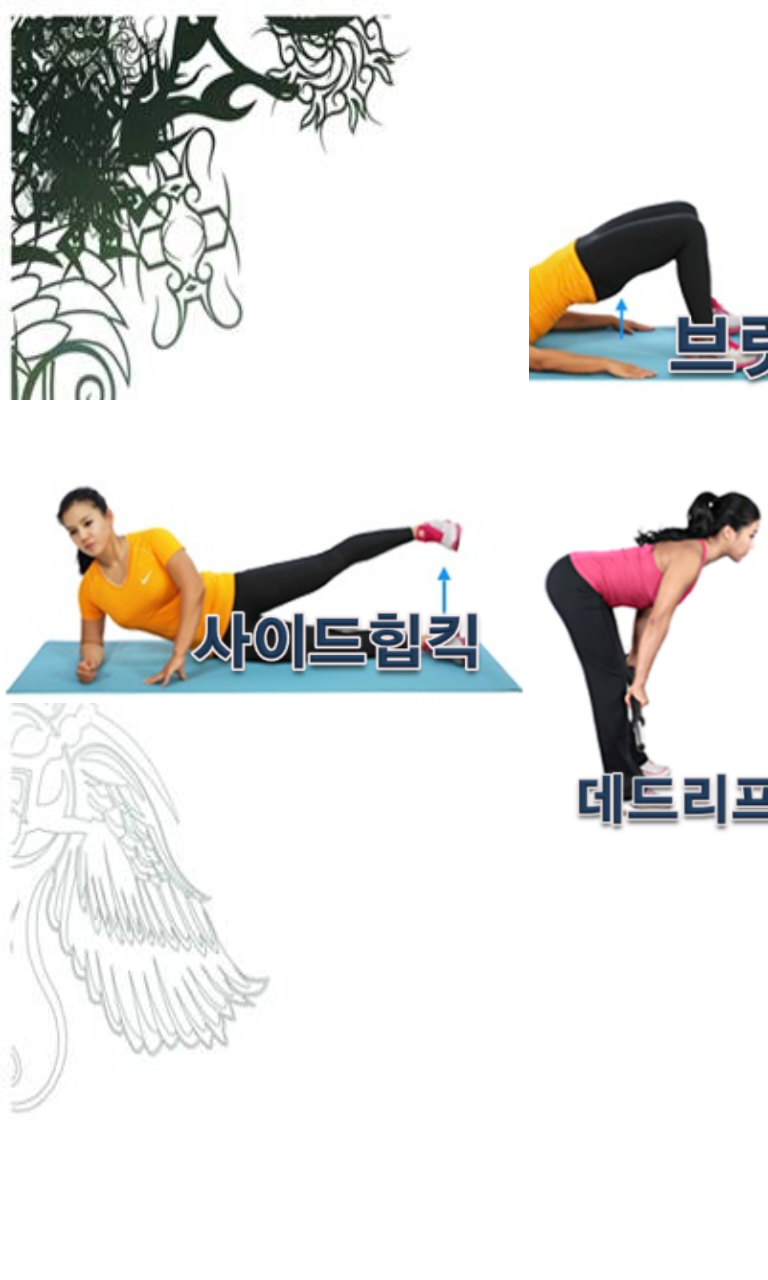
Repository: LewisLim579/2013TeamProject
Layout: PtsApp/res/layout/hache.xml
The author's editor kept a copy of each file at every save. The layout is drawn from the files as they stood at one save, then again after the next save.
It is drawn on a 768 x 1280 px phone screen (xhdpi) without system bars, with theme android:Theme.NoTitleBar.Fullscreen; the app's code is not run.

Above is the layout before, as saved 2013-05-27 17:39:27.

### PtsApp/res/layout/hache.xml
<LinearLayout xmlns:android="http://schemas.android.com/apk/res/android"
    android:layout_width="fill_parent"
    android:layout_height="fill_parent"
    android:background="@drawable/back" >

    <LinearLayout
        android:layout_width="wrap_content"
        android:layout_height="match_parent"
        android:orientation="vertical" >

        <ImageButton
        android:id="@+id/h2"
        android:layout_width="wrap_content"
        android:layout_height="wrap_content"
        android:background="#00000000"
        android:src="@drawable/h2"
        android:layout_marginTop="200dp"/>

    </LinearLayout>

    <LinearLayout
        android:layout_width="wrap_content"
        android:layout_height="match_parent"
        android:orientation="vertical" >

<ImageButton
    android:id="@+id/h1"
    android:layout_width="wrap_content"
    android:layout_height="wrap_content"
    android:background="#00000000"
    android:src="@drawable/h1"
    android:layout_marginTop="60dp"
  />

<ImageButton
    android:id="@+id/h3"
    android:layout_width="wrap_content"
    android:layout_height="wrap_content"
    android:background="#00000000"
    android:src="@drawable/h3"
    android:layout_marginTop="10dp" />

    </LinearLayout>

</LinearLayout>

After the next save:
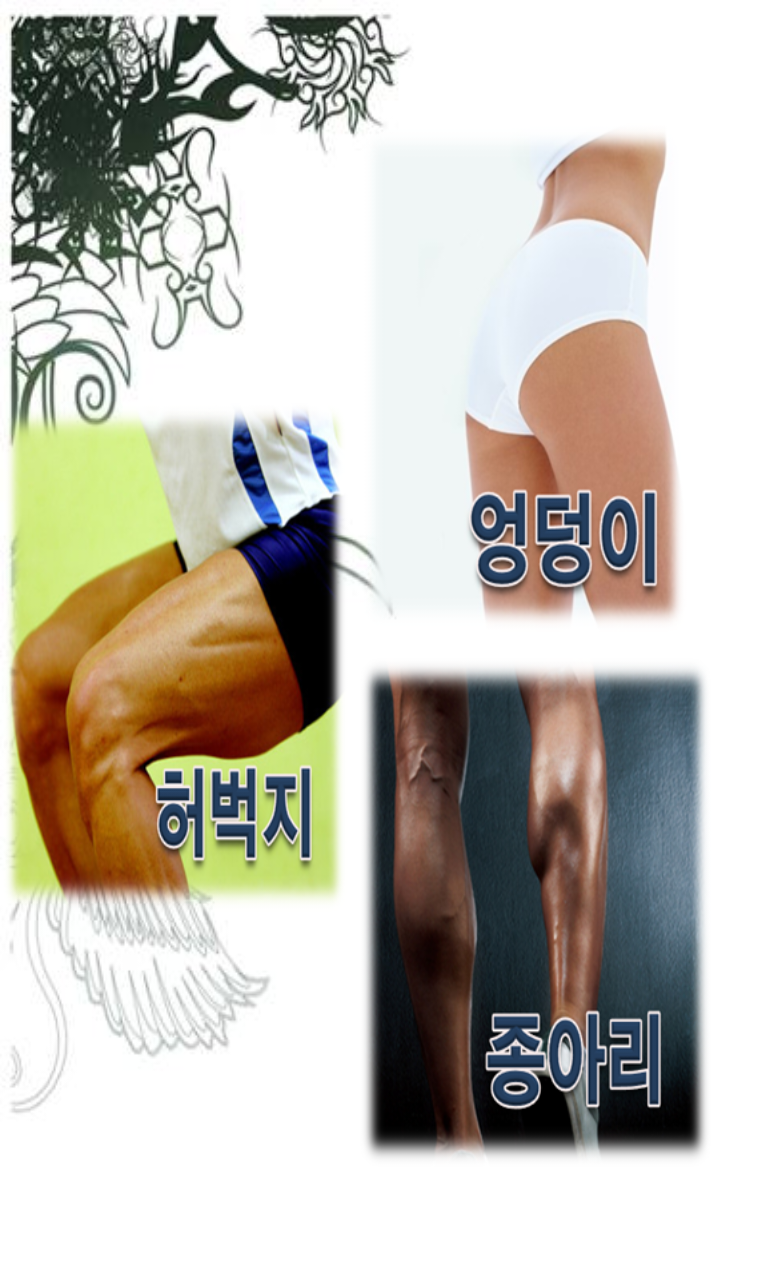
Saved 87 s later.
--- a/PtsApp/res/layout/hache.xml
+++ b/PtsApp/res/layout/hache.xml
@@ -13,7 +13,7 @@
         android:layout_width="wrap_content"
         android:layout_height="wrap_content"
         android:background="#00000000"
-        android:src="@drawable/h2"
+        android:src="@drawable/haa2"
         android:layout_marginTop="200dp"/>
 
     </LinearLayout>
@@ -28,7 +28,7 @@
     android:layout_width="wrap_content"
     android:layout_height="wrap_content"
     android:background="#00000000"
-    android:src="@drawable/h1"
+    android:src="@drawable/haa1"
     android:layout_marginTop="60dp"
   />
 
@@ -37,7 +37,7 @@
     android:layout_width="wrap_content"
     android:layout_height="wrap_content"
     android:background="#00000000"
-    android:src="@drawable/h3"
+    android:src="@drawable/haa3"
     android:layout_marginTop="10dp" />
 
     </LinearLayout>
